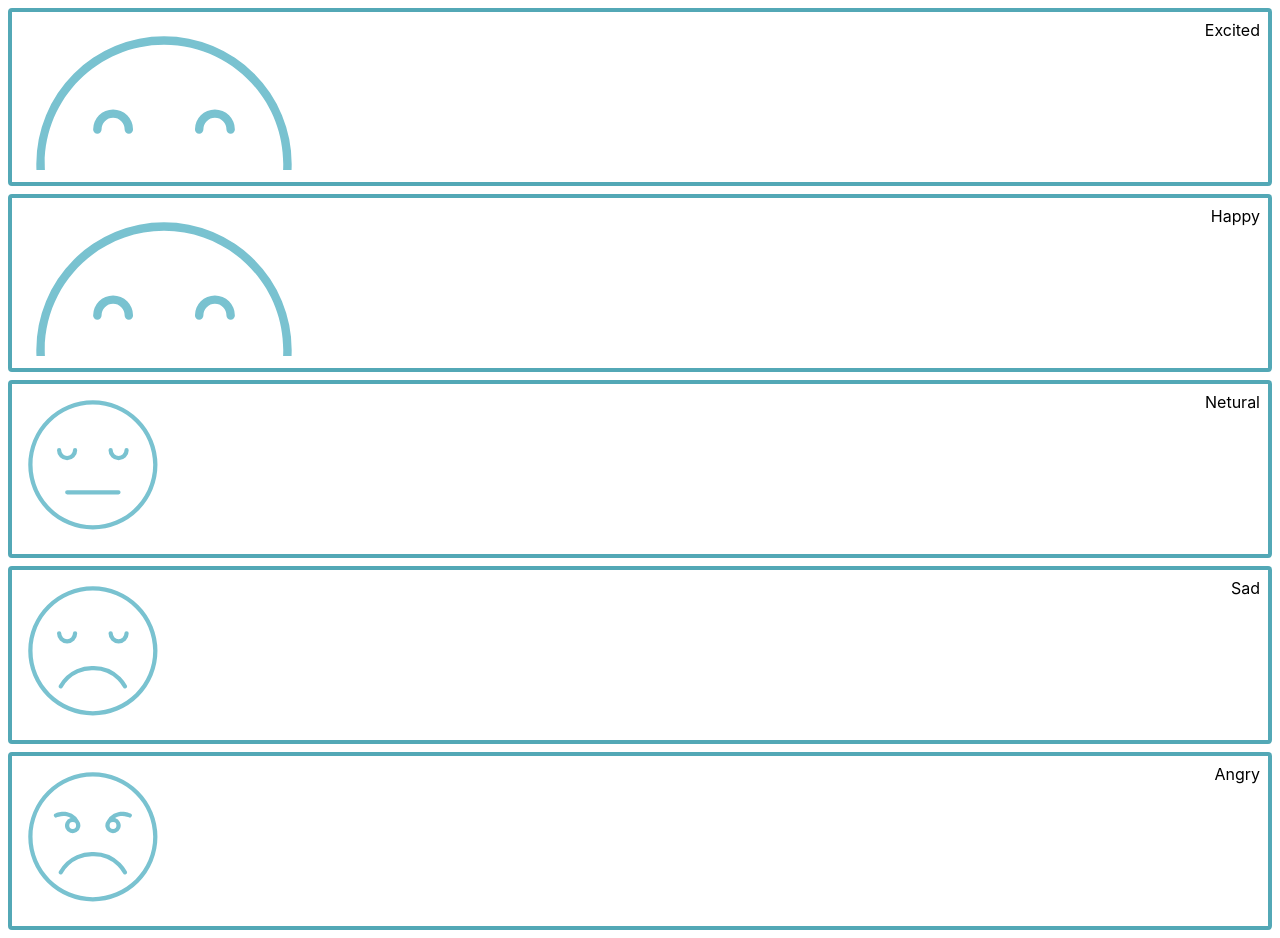
Repository: majakesin/moodify-app
Page: /
The author's editor kept a copy of each file at every save. The page is drawn from the files as they stood at one save, then again after the next save.
The browser window is 1280 px wide. The pictures show the whole page.
The project was rebuilt for these pictures with package versions that can differ from the ones it lists, and the page was loaded fresh each time.

Above is the page before, as saved 2023-08-21 12:05:26.

### public/index.html
<!DOCTYPE html>
<html lang="en">
  <head>
    <meta charset="utf-8" />
    <link rel="icon" href="%PUBLIC_URL%/logo.svg" />
    <meta name="viewport" content="width=device-width, initial-scale=1" />
    <meta name="theme-color" content="#000000" />
    <meta
      name="description"
      content="Moodify -- App that gives yours ears the best music based on your mood"
    />
    <link rel="apple-touch-icon" href="%PUBLIC_URL%/logo.svg" />
    <!--
      manifest.json provides metadata used when your web app is installed on a
      user's mobile device or desktop. See https://developers.google.com/web/fundamentals/web-app-manifest/
    -->
    <link rel="manifest" href="%PUBLIC_URL%/manifest.json" />
    <!--
      Notice the use of %PUBLIC_URL% in the tags above.
      It will be replaced with the URL of the `public` folder during the build.
      Only files inside the `public` folder can be referenced from the HTML.

      Unlike "/favicon.ico" or "favicon.ico", "%PUBLIC_URL%/favicon.ico" will
      work correctly both with client-side routing and a non-root public URL.
      Learn how to configure a non-root public URL by running `npm run build`.
    -->
    <title>Moodify</title>
  </head>
  <body>
    <noscript>You need to enable JavaScript to run this app.</noscript>
    <div id="root"></div>
    <!--
      This HTML file is a template.
      If you open it directly in the browser, you will see an empty page.

      You can add webfonts, meta tags, or analytics to this file.
      The build step will place the bundled scripts into the <body> tag.

      To begin the development, run `npm start` or `yarn start`.
      To create a production bundle, use `npm run build` or `yarn build`.
    -->
  </body>
</html>

### src/App.js
import './App.css';
import {moods}  from 'src/data/moods'
import Mood from './components/Mood';

function App() {
  return (
    <div className="App">
      {moods.map(({type,icon}) => {
        return (<Mood type={type} icon={icon} />)
      })}
    </div>
  );
}

export default App;

### src/data/moods.js
export const moods = [
    {
        type: 'Excited',
        icon: <svg id="SvgjsSvg1081" xmlns="http://www.w3.org/2000/svg" version="1.1" xmlnsXlink="http://www.w3.org/1999/xlink" xmlnsSvgjs="http://svgjs.com/svgjs">
                <defs id="SvgjsDefs1082"></defs>
                <g id="SvgjsG1083">
                    <svg xmlns="http://www.w3.org/2000/svg" data-name="Layer 1" viewBox="0 0 512 512" width="288" height="288">
                        <path fill="currentcolor" d="M416.51318,95.48682A226.99992,226.99992,0,1,0,95.48682,416.51318,226.99992,226.99992,0,1,0,416.51318,95.48682ZM256,468C139.103,468,44,372.897,44,256S139.103,44,256,44s212,95.103,212,212S372.897,468,256,468ZM137.5,202a7.50006,7.50006,0,0,0,7.5-7.5,20.5,20.5,0,0,1,41,0,7.5,7.5,0,0,0,15,0,35.5,35.5,0,0,0-71,0A7.50006,7.50006,0,0,0,137.5,202Zm181,0a7.50006,7.50006,0,0,0,7.5-7.5,20.5,20.5,0,0,1,41,0,7.5,7.5,0,0,0,15,0,35.5,35.5,0,0,0-71,0A7.50006,7.50006,0,0,0,318.5,202Zm69.95947,82.13037a7.49875,7.49875,0,0,0-7.27832-.356A284.51645,284.51645,0,0,1,257.5,313h-1.48a284.55042,284.55042,0,0,1-125.2002-29.2251A7.4999,7.4999,0,0,0,120,290.5a132.31839,132.31839,0,0,0,79.15625,121.32324A131.47888,131.47888,0,0,0,252.5,423h7a132.5854,132.5854,0,0,0,127.794-97.37988A133.06894,133.06894,0,0,0,392,290.5,7.5003,7.5003,0,0,0,388.45947,284.13037ZM259.5,408h-7a116.58888,116.58888,0,0,1-46.02222-9.36157C219.72205,391.8783,237.33752,388,256.002,388c18.66236,0,36.27466,3.87708,49.51734,10.63538A116.56076,116.56076,0,0,1,259.5,408Zm83.08691-34.41309a117.56809,117.56809,0,0,1-21.38024,16.93219C305.07166,379.48517,281.17847,373,256.002,373c-25.18383,0-49.0852,6.48932-65.22168,17.52966a116.81051,116.81051,0,0,1-46.07495-53.13611,299.90773,299.90773,0,0,0,111.31323,21.61036c.5044,0,1.01612-.00147,1.52051-.00391A300.023,300.023,0,0,0,367.2478,337.40454,117.86031,117.86031,0,0,1,342.58691,373.58691ZM373.6593,318.347A284.8703,284.8703,0,0,1,257.46094,344c-.49219.00293-.97412.00391-1.46387.00391a284.90227,284.90227,0,0,1-117.65942-25.65967,117.74477,117.74477,0,0,1-2.72388-15.77832A299.64178,299.64178,0,0,0,256.02,328h1.519a299.80874,299.80874,0,0,0,118.84668-25.43555A117.6884,117.6884,0,0,1,373.6593,318.347Z" class="color2c2b2d svgShape"></path>
                    </svg>
                </g>
             </svg>
    },
    {
        type: 'Happy',
        icon: <svg id="SvgjsSvg1102" xmlns="http://www.w3.org/2000/svg" version="1.1" xmlnsXlink="http://www.w3.org/1999/xlink" xmlnsSvgjs="http://svgjs.com/svgjs">
                <defs id="SvgjsDefs1103"></defs>
                <g id="SvgjsG1104">
                    <svg xmlns="http://www.w3.org/2000/svg" data-name="Layer 1" viewBox="0 0 512 512" width="288" height="288">
                        <path fill="currentcolor" d="M382.042,299.40674a7.496,7.496,0,0,0-9.21582,5.251A117.42927,117.42927,0,0,1,259.5,391h-7a117.41578,117.41578,0,0,1-113.32715-86.33447,7.49971,7.49971,0,1,0-14.46484,3.96875A132.417,132.417,0,0,0,252.5,406h7a132.58733,132.58733,0,0,0,127.793-97.37744A7.4999,7.4999,0,0,0,382.042,299.40674ZM416.51367,95.48682A227.00026,227.00026,0,0,0,95.48633,416.51318,227.00026,227.00026,0,0,0,416.51367,95.48682ZM256,468C139.10254,468,44,372.897,44,256S139.10254,44,256,44s212,95.103,212,212S372.89746,468,256,468ZM137.5,202a7.49974,7.49974,0,0,0,7.5-7.5,20.5,20.5,0,0,1,41,0,7.5,7.5,0,0,0,15,0,35.5,35.5,0,0,0-71,0A7.49974,7.49974,0,0,0,137.5,202Zm181,0a7.49974,7.49974,0,0,0,7.5-7.5,20.5,20.5,0,0,1,41,0,7.5,7.5,0,0,0,15,0,35.5,35.5,0,0,0-71,0A7.49974,7.49974,0,0,0,318.5,202Z" class="color2c2b2d svgShape"></path>
                    </svg>
                </g>
            </svg> ,
    },
    {
        type: 'Netural',
        icon: <svg id="SvgjsSvg1123" xmlns="http://www.w3.org/2000/svg" version="1.1" xmlnsXlink="http://www.w3.org/1999/xlink" xmlnsSvgjs="http://svgjs.com/svgjs">
                <defs id="SvgjsDefs1124"></defs>
                <g id="SvgjsG1125">
                    <svg xmlns="http://www.w3.org/2000/svg" data-name="Layer 1" viewBox="0 0 1012 1012" width="288" height="288">
                        <path fill="currentcolor" d="M201,204.5a7.5,7.5,0,0,0-15,0,20.5,20.5,0,0,1-41,0,7.5,7.5,0,0,0-15,0,35.5,35.5,0,0,0,71,0ZM374.5,197a7.50006,7.50006,0,0,0-7.5,7.5,20.5,20.5,0,0,1-41,0,7.5,7.5,0,0,0-15,0,35.5,35.5,0,0,0,71,0A7.50006,7.50006,0,0,0,374.5,197ZM416.51318,95.48682A226.99992,226.99992,0,1,0,95.48682,416.51318,226.99992,226.99992,0,1,0,416.51318,95.48682ZM256,468C139.103,468,44,372.897,44,256S139.103,44,256,44s212,95.103,212,212S372.897,468,256,468Zm90-123H166a7.5,7.5,0,0,0,0,15H346a7.5,7.5,0,0,0,0-15Z" class="color2c2b2d svgShape"></path>
                    </svg>
                </g>
            </svg>,
    },
    {
        type: 'Sad',
        icon: <svg id="SvgjsSvg1193" xmlns="http://www.w3.org/2000/svg" version="1.1" xmlnsXlink="http://www.w3.org/1999/xlink" xmlnsSvgjs="http://svgjs.com/svgjs">
                <defs id="SvgjsDefs1194"></defs>
                <g id="SvgjsG1195">
                    <svg xmlns="http://www.w3.org/2000/svg" data-name="Layer 1" viewBox="0 0 1012 1012" width="288" height="288">
                         <path fill="currentcolor" d="M165.5,230A35.54028,35.54028,0,0,0,201,194.5a7.5,7.5,0,0,0-15,0,20.5,20.5,0,0,1-41,0,7.5,7.5,0,0,0-15,0A35.54028,35.54028,0,0,0,165.5,230Zm209-43a7.50006,7.50006,0,0,0-7.5,7.5,20.5,20.5,0,0,1-41,0,7.5,7.5,0,0,0-15,0,35.5,35.5,0,0,0,71,0A7.50006,7.50006,0,0,0,374.5,187ZM353.19336,347.94678A132.16887,132.16887,0,0,0,259.5,309.14014h-7a131.47793,131.47793,0,0,0-53.34082,11.17529,133.55143,133.55143,0,0,0-62.24854,56.51221,7.50013,7.50013,0,0,0,13.07911,7.34472,118.4576,118.4576,0,0,1,55.21435-50.1289A116.57358,116.57358,0,0,1,252.5,324.14014h7a117.16738,117.16738,0,0,1,83.08691,34.41308,117.92616,117.92616,0,0,1,19.42432,25.62061,7.5,7.5,0,0,0,13.07715-7.34766A132.92018,132.92018,0,0,0,353.19336,347.94678Zm63.31982-252.46A226.99992,226.99992,0,1,0,95.48682,416.51318,226.99992,226.99992,0,1,0,416.51318,95.48682ZM256,468C139.103,468,44,372.897,44,256S139.103,44,256,44s212,95.103,212,212S372.897,468,256,468Z" class="color2c2b2d svgShape"></path>
                    </svg>
                </g>
            </svg>,
    },
    {
        type: 'Angry',
        icon: <svg id="SvgjsSvg1217"  xmlns="http://www.w3.org/2000/svg" version="1.1" xmlnsXlink="http://www.w3.org/1999/xlink" xmlnSvgjs="http://svgjs.com/svgjs">
                <defs id="SvgjsDefs1218"></defs>
                     <g id="SvgjsG1219">
                        <svg xmlns="http://www.w3.org/2000/svg" data-name="Layer 1" viewBox="0 0 1012 1012" width="288" height="288">
                            <path fill="currentcolor" d="M353.19336,347.94629A132.1737,132.1737,0,0,0,259.5,309.13965h-7a131.5101,131.5101,0,0,0-53.3418,11.17578,133.55212,133.55212,0,0,0-62.24707,56.51172,7.49995,7.49995,0,0,0,13.07813,7.3457A118.46814,118.46814,0,0,1,205.20313,334.043,116.60013,116.60013,0,0,1,252.5,324.13965h7a117.16506,117.16506,0,0,1,83.08691,34.41406,117.92838,117.92838,0,0,1,19.42481,25.62012,7.49957,7.49957,0,1,0,13.07617-7.34766A132.91978,132.91978,0,0,0,353.19336,347.94629ZM416.51367,95.48682A227.00044,227.00044,0,0,0,95.48633,416.51367,227.00044,227.00044,0,0,0,416.51367,95.48682ZM256,468C139.10254,468,44,372.89746,44,256,44,139.103,139.10254,44,256,44s212,95.103,212,212C468,372.89746,372.89746,468,256,468ZM175.12207,188.29736c.96533.53955,1.88086,1.10938,2.769,1.69336a27.02454,27.02454,0,1,0,28.58863,9.52246,62.7776,62.7776,0,0,0-24.04029-24.31005c-27.82519-15.55176-56.1748-2.73292-59.31445-1.21973a7.49994,7.49994,0,1,0,6.50977,13.51367C132.05762,186.33057,153.91113,176.44189,175.12207,188.29736ZM185.12012,204a12,12,0,1,1-12,12A12.01344,12.01344,0,0,1,185.12012,204ZM388.875,173.9834c-3.1416-1.51367-31.49121-14.33447-59.31348,1.21924a62.778,62.778,0,0,0-24.04126,24.31054,26.989,26.989,0,1,0,28.58887-9.52234c.88843-.58435,1.804-1.15429,2.76978-1.694,21.21191-11.85743,43.06347-1.96631,45.48632-.79981A7.49994,7.49994,0,1,0,388.875,173.9834ZM338.87988,216a12,12,0,1,1-12-12A12.01343,12.01343,0,0,1,338.87988,216Z" class="color2c2b2d svgShape"></path>
                        </svg>
                    </g>
            </svg>
    }
]

### src/components/Mood/index.jsx
import styles from './index.module.css';

const Mood = (props) => {

    const {type, icon} = props;

    return (
        <div className={styles.card}>
          <div className={styles.icon}>
            {icon}
          </div>
          <div>
            {type}
        </div>
        </div>
    )
};

export default Mood;

### src/components/Mood/index.module.css

@import '../../styles/variables.css';

.card {
    border: 4px solid var(--second-color);
    border-radius: 4px;
    margin: 8px;
    padding: 8px;
    display: flex;
    justify-content: space-between;
}

.icon {
    color: var(--third-color);
}

.icon svg  {
    width: 100%;
    height: auto;
}

### src/styles/variables.css
:root,
    :root.blue {
        --first-color: #5585b5;
        --second-color: #53a8b6;
        --third-color: #79c2d0;
        --fourth-color: #bbe4e9;
    }
    :root.rainbow {
        --first-color: #cbf078;
        --second-color: #f8f398;
        --third-color: #f1b963;
        --fourth-color: #e46161;
    }
    :root.pink {
        --first-color: #45171d;
        --second-color: #e84a5f;
        --third-color: #ff847c;
        --fourth-color: #fecea8;

    }

Loaded but not shown: src/index.js (common file); src/index.css (common file); src/reportWebVitals.js (common file); src/App.css (common file)

After the next save:
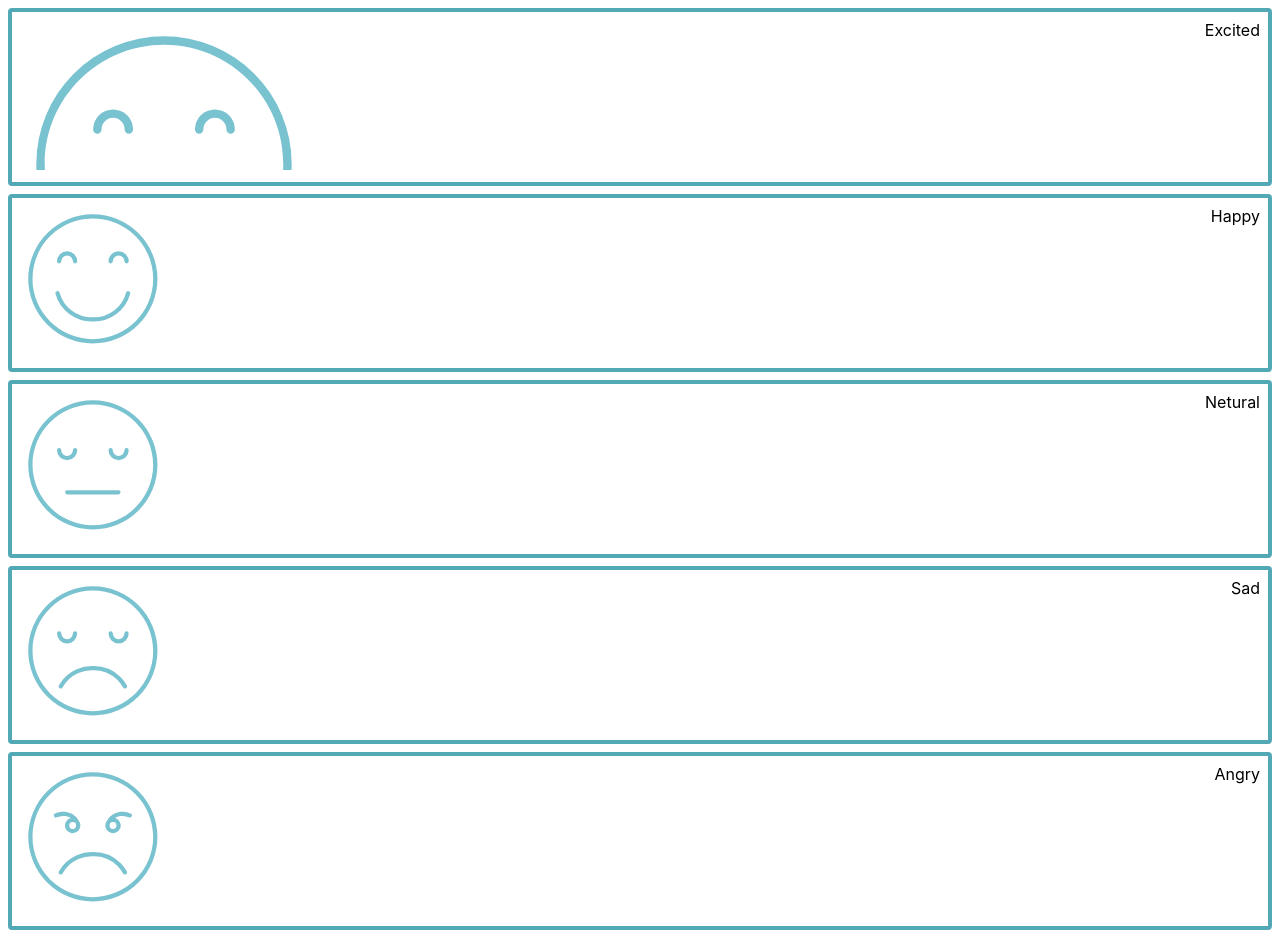
Saved 4 s later.
--- a/src/data/moods.js
+++ b/src/data/moods.js
@@ -15,7 +15,7 @@ export const moods = [
         icon: <svg id="SvgjsSvg1102" xmlns="http://www.w3.org/2000/svg" version="1.1" xmlnsXlink="http://www.w3.org/1999/xlink" xmlnsSvgjs="http://svgjs.com/svgjs">
                 <defs id="SvgjsDefs1103"></defs>
                 <g id="SvgjsG1104">
-                    <svg xmlns="http://www.w3.org/2000/svg" data-name="Layer 1" viewBox="0 0 512 512" width="288" height="288">
+                    <svg xmlns="http://www.w3.org/2000/svg" data-name="Layer 1" viewBox="0 0 1012 1012" width="288" height="288">
                         <path fill="currentcolor" d="M382.042,299.40674a7.496,7.496,0,0,0-9.21582,5.251A117.42927,117.42927,0,0,1,259.5,391h-7a117.41578,117.41578,0,0,1-113.32715-86.33447,7.49971,7.49971,0,1,0-14.46484,3.96875A132.417,132.417,0,0,0,252.5,406h7a132.58733,132.58733,0,0,0,127.793-97.37744A7.4999,7.4999,0,0,0,382.042,299.40674ZM416.51367,95.48682A227.00026,227.00026,0,0,0,95.48633,416.51318,227.00026,227.00026,0,0,0,416.51367,95.48682ZM256,468C139.10254,468,44,372.897,44,256S139.10254,44,256,44s212,95.103,212,212S372.89746,468,256,468ZM137.5,202a7.49974,7.49974,0,0,0,7.5-7.5,20.5,20.5,0,0,1,41,0,7.5,7.5,0,0,0,15,0,35.5,35.5,0,0,0-71,0A7.49974,7.49974,0,0,0,137.5,202Zm181,0a7.49974,7.49974,0,0,0,7.5-7.5,20.5,20.5,0,0,1,41,0,7.5,7.5,0,0,0,15,0,35.5,35.5,0,0,0-71,0A7.49974,7.49974,0,0,0,318.5,202Z" class="color2c2b2d svgShape"></path>
                     </svg>
                 </g>
